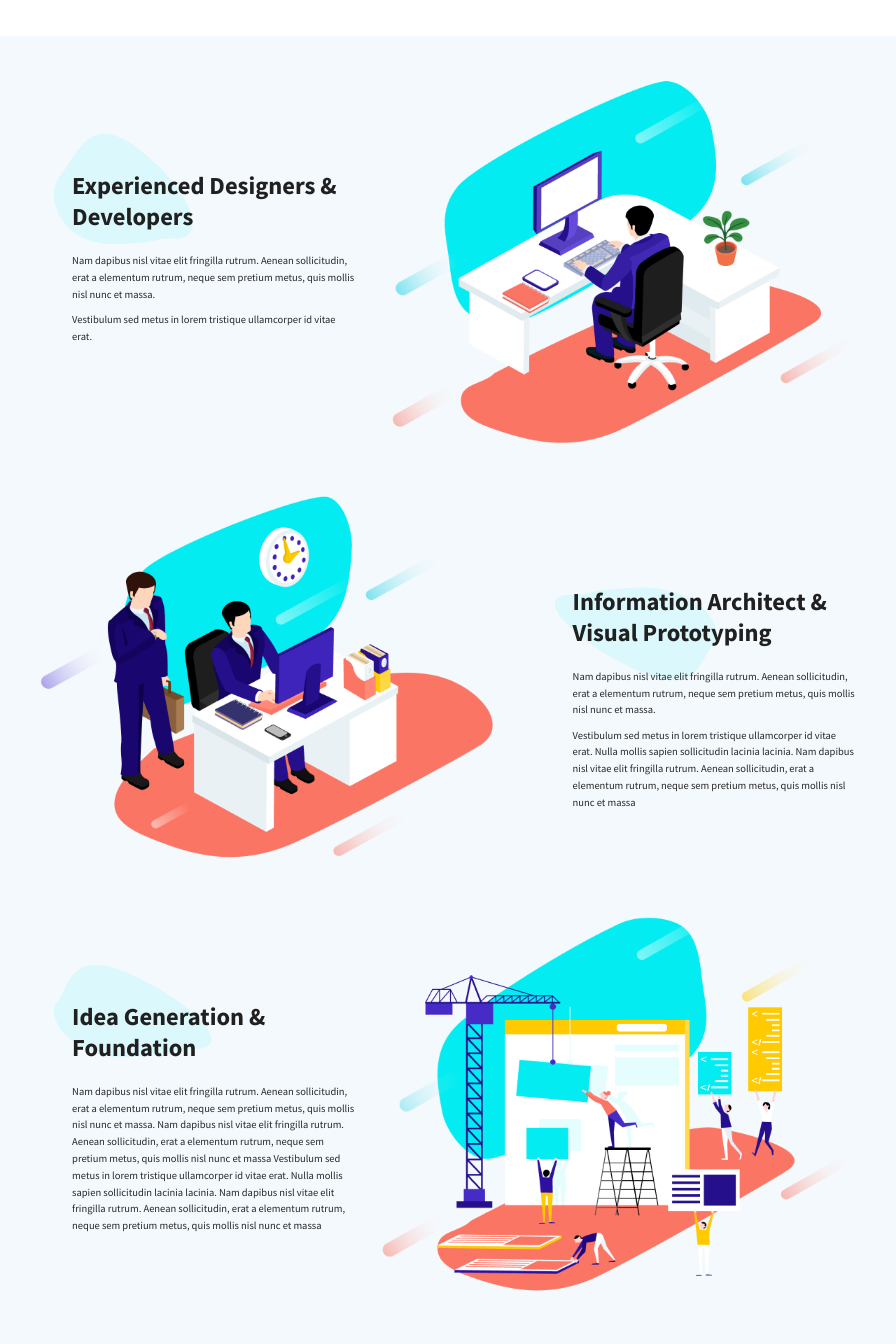
Repository: advert31337/marafon_from0to1_MartaUP
Page: index.html
The author's editor kept a copy of each file at every save. The page is drawn from the files as they stood at one save, then again after the next save.
The browser window is 1280 px wide. The pictures show the part of the page from y = 1320 to 3240 px (the page is 3240 px tall), at 70% of full size.

Above is the page before, as saved 2020-03-08 10:44:31.

### index.html
<!DOCTYPE html>
<html lang="en">

<head>
    <meta charset="UTF-8">
    <meta name="viewport" content="width=device-width, initial-scale=1.0">
    <title>Marafon MartaUP</title>
    <link href="https://fonts.googleapis.com/css?family=Source+Sans+Pro:400,600,700&display=swap" rel="stylesheet">
    <link rel="stylesheet" href="css/reset.css">
    <link rel="stylesheet" href="css/slick.css">
    <link rel="stylesheet" href="css/style.css">
</head>

<body>
    <header class="header">

        <div class="container">
            <div class="header__top">

                <div class="logo">
                    <a href="#!">+
                        <img src="images/logo.svg" alt="">
                    </a>
                </div>

                <nav class="menu">
                    <ul class="menu__list">
                        <li><a class="menu__list-item" href="#">home</a></li>
                        <li><a class="menu__list-item" href="#">work</a></li>
                        <li><a class="menu__list-item" href="#">about</a></li>
                        <li><a class="menu__list-item" href="#">contact</a></li>
                    </ul>
                </nav>

                <div class="header-btn">
                    <a class="login" href="#">login</a>
                    <a class="sign-up" href="#">sign up</a>
                </div>

            </div>

            <div class="header-slider">
                <div class="header-slider__item">
                    <div class="header-slider__item-content">

                        <div class="header-slider__item-info">
                            <h3 class="header-slider__title">
                                We Build Apps & Websites
                                for Your Business
                            </h3>
                            <div class="header-slider__description">
                                For startups, For businesses & For you
                            </div>
                            <a href="" class="header-slider__btn">Request a quote</a>
                        </div>

                        <div class="header-slider__item-images">
                            <img src="images/slider-img.png" alt="">
                        </div>
                    </div>
                </div>


                <div class="header-slider__item">
                    <div class="header-slider__item-content">

                        <div class="header-slider__item-info">
                            <h3 class="header-slider__title">
                                We Build Apps & Websites
                                for Your Business
                            </h3>
                            <div class="header-slider__description">
                                For startups, For businesses & For you
                            </div>
                            <a href="" class="header-slider__btn">Request a quote</a>
                        </div>

                        <div class="header-slider__item-images">
                            <img src="images/slider-img.png" alt="">
                        </div>
                    </div>
                </div>


                <div class="header-slider__item">
                    <div class="header-slider__item-content">

                        <div class="header-slider__item-info">
                            <h3 class="header-slider__title">
                                We Build Apps & Websites
                                for Your Business
                            </h3>
                            <div class="header-slider__description">
                                For startups, For businesses & For you
                            </div>
                            <a href="" class="header-slider__btn">Request a quote</a>
                        </div>

                        <div class="header-slider__item-images">
                            <img src="images/slider-img.png" alt="">
                        </div>
                    </div>
                </div>


                <div class="header-slider__item">
                    <div class="header-slider__item-content">

                        <div class="header-slider__item-info">
                            <h3 class="header-slider__title">
                                We Build Apps & Websites
                                for Your Business
                            </h3>
                            <div class="header-slider__description">
                                For startups, For businesses & For you
                            </div>
                            <a href="" class="header-slider__btn">Request a quote</a>
                        </div>

                        <div class="header-slider__item-images">
                            <img src="images/slider-img.png" alt="">
                        </div>
                    </div>
                </div>


                <div class="header-slider__item">
                    <div class="header-slider__item-content">

                        <div class="header-slider__item-info">
                            <h3 class="header-slider__title">
                                We Build Apps & Websites
                                for Your Business
                            </h3>
                            <div class="header-slider__description">
                                For startups, For businesses & For you
                            </div>
                            <a href="" class="header-slider__btn">Request a quote</a>
                        </div>

                        <div class="header-slider__item-images">
                            <img src="images/slider-img.png" alt="">
                        </div>
                    </div>
                </div>
            </div>

        </div>

    </header>

    <section class="specialised">
        <div class="container">
            <div class="specialised__title title">
                We are specialised in
            </div>
            <div class="specialised__items">
                <div class="specialised__item">
                    <div class="specialised__item-img">
                        <img src="images/specialise-1.svg" alt="">
                    </div>

                    <div class="specialise__item-title">
                        UI/UX Design
                    </div>
                    <div class="specialise__item-text">
                        In hac habitasse platea dictumstmus adipiscing fermentum quam volutpat aliquam. Integer cilisis tristique.
                    </div>
                </div>
                <div class="specialised__item">
                    <div class="specialised__item-img">
                        <img src="images/specialise-2.svg" alt="">
                    </div>
                    <div class="specialise__item-title">
                        Web Development
                    </div>
                    <div class="specialise__item-text">
                        In hac habitasse platea dictumstmus adipiscing fermentum quam volutpat aliquam. Integer cilisis tristique.
                    </div>
                </div>
                <div class="specialised__item">
                    <div class="specialised__item-img">
                        <img src="images/specialise-3.svg" alt="">
                    </div>
                    <div class="specialise__item-title">
                        App Development
                    </div>
                    <div class="specialise__item-text">
                        In hac habitasse platea dictumstmus adipiscing fermentum quam volutpat aliquam. Integer cilisis tristique.
                    </div>
                </div>
            </div>
        </div>
    </section>

    <section class="advantages">
        <div class="container">

            <div class="advantages-box">
                <div class="advantages-box__info">
                    <div class="advantages-box__title">
                        Experienced Designers & Developers
                    </div>
                    <div class="advantages-box__text">
                        <p>
                            Nam dapibus nisl vitae elit fringilla rutrum. Aenean sollicitudin, erat a elementum rutrum, neque sem pretium metus, quis mollis nisl nunc et massa.
                        </p>
                        <p>
                            Vestibulum sed metus in lorem tristique ullamcorper id vitae erat.
                        </p>
                    </div>
                </div>

                <div class="advantages-box__img">
                    <img src="images/advantages-1.png" alt="">
                </div>
            </div>

            <div class="advantages-box advantages-box--right">
                <div class="advantages-box__info">
                    <div class="advantages-box__title">
                        Information Architect &
                        Visual Prototyping
                    </div>
                    <div class="advantages-box__text">
                        <p>
                            Nam dapibus nisl vitae elit fringilla rutrum. Aenean sollicitudin, erat a elementum rutrum, neque sem pretium metus, quis mollis nisl nunc et massa.
                        </p>
                        <p>
                            Vestibulum sed metus in lorem tristique ullamcorper id vitae erat. Nulla mollis sapien sollicitudin lacinia lacinia. Nam dapibus nisl vitae elit fringilla rutrum. Aenean sollicitudin, erat a elementum rutrum, neque sem pretium metus, quis mollis nisl nunc et massa
                        </p>
                    </div>
                </div>
                <div class="advantages-box__img">
                    <img src="images/advantages-2.png" alt="">
                </div>
            </div>

            <div class="advantages-box">
                <div class="advantages-box__info advantages-box__info--bg">
                    <div class="advantages-box__title">
                        Idea Generation & Foundation
                    </div>
                    <div class="advantages-box__text">
                        <p>
                            Nam dapibus nisl vitae elit fringilla rutrum. Aenean sollicitudin, erat a elementum rutrum, neque sem pretium metus, quis mollis nisl nunc et massa. Nam dapibus nisl vitae elit fringilla rutrum. Aenean sollicitudin, erat a elementum rutrum, neque sem pretium metus, quis mollis nisl nunc et massa    Vestibulum sed metus in lorem tristique ullamcorper id vitae erat. Nulla mollis sapien sollicitudin lacinia lacinia. Nam dapibus nisl vitae elit fringilla rutrum. Aenean sollicitudin, erat a elementum rutrum, neque sem pretium metus, quis mollis nisl nunc et massa
                        </p>
                    </div>
                </div>

                <div class="advantages-box__img">
                    <img src="images/advantages-3.png" alt="">
                </div>
            </div>

         </div>
    </section>

    <footer>

    </footer>


    <script src="https://ajax.googleapis.com/ajax/libs/jquery/3.4.1/jquery.min.js"></script>
    <script src="js/slick.min.js"></script>
    <script src="js/main.js"></script>
</body>

</html>

### css/style.css
*{
    box-sizing: border-box;
}

body {
    font-family: 'Source Sans Pro', sans-serif;
    font-size: 15px;
    line-height: 24px;
}

a {
    text-decoration: none;
    color: inherit;
}
.header {
    background-image: url('../images/header-bg.jpg');
    min-height: 793px;
    background-repeat: no-repeat;
    background-size: cover;
    background-position: top center;
}

.container {
    max-width: 1200px;
    margin: 0 auto;
    padding: 0 15px 0 15px;

}

.header__top {
    display: flex;
    justify-content: space-between;
    height: 100px;
    align-items: center;
}

.menu__list {
    display: flex;
}

.menu__list li + li {
    padding-left: 50px;

}

.login {
    margin-right: 44px;
    color: #fff;
    text-transform: uppercase;
    font-weight: 600;
}

.menu__list a{
    opacity: 0.5;
    color: #fff;
    font-weight: 600;
    text-transform: uppercase;
    transition: all 0.5s;
}

.menu__list a:hover {
    opacity: 1;
}

.sign-up {
    text-transform: uppercase;
    color: #250f8a;
    font-weight: 600;
    background-color: #fff;
    padding: 8px 43px;
    border-radius: 20px;

}

.header-slider {
    padding-top: 111px;
}
.header-slider__item {

}
.header-slider__item-content {
    display: flex;
    justify-content: space-between;
}
.header-slider__item-info {
    max-width: 506px;
    color:#fff;
}
.header-slider__title {
    font-weight: 700;
    font-size: 45px;
    line-height: 60px;
    margin-bottom: 10px;
}
.header-slider__description {
    line-height: 55px;
    font-size: 24px;
    margin-bottom: 60px;
}
.header-slider__btn {
    font-weight: 600;
    text-transform: uppercase;
    color: #250F8A;
    padding: 13px 39px;
    background-color: #FFCA00;
    border-radius: 25px;
}
.header-slider__item-images {
    margin: 10px 82px 0 0;
}

.header-dots{
    list-style: none;
    position: absolute;
    right: 0;
    top: 50%;
}

.header-dots button {
    border: none;
    background-color: #fff;
    opacity: 0.5;
    font-size: 0;
    padding: 0;
    width: 7px;
    height: 7px;
    border-radius: 3.5px;
    cursor: pointer;
    outline: none;
    margin: 10px auto;
    display: block;
}

.header-dots .slick-active button{
    width: 15px;
    opacity: 1;
}

.specialised{
    padding: 55px 0 93px;
    background-image: url(../images/special-bg.svg);
    background-position: left bottom;
    background-repeat: no-repeat;
    color: #202020;
    text-align: center;
}

.specialised__title {
    margin-bottom: 96px;
}
.title {
    font-size: 35px;
    line-height: 45px;
    font-weight: 700;
    text-align: center;
}

.specialised__items {
    display: flex;
    justify-content: space-between;
    max-width: 980px;
    margin: 0 auto;

}
.specialised__item {
    width: 280px;
}
.specialised__item-img {
    margin-bottom: 23px;
    min-height: 159px;
}
.specialise__item-title {
    margin-bottom: 11px;
    font-size: 20px;
    font-weight: 700;
}
.specialise__item-text {
   padding: 0 10px;
   color: #272727;
   opacity: 0.7;
}


.advantages {
    padding-top: 64px;
    background: #f4f9fd;
}

.advantages-box {
    display: flex;
    justify-content: space-between;
    padding-bottom: 76px;
}

 .advantages-box--right .advantages-box__info{
    order: 1;
    background-image: url(../images/title-bg-2.svg);
    background-position: 22px 130px;
}
.advantages-box__info {
    max-width: 455px;
    padding-top: 60px;
    background-image: url(../images/title-bg-1.svg);
    background-repeat: no-repeat;
    background-position: 22px 76px;
}

.advantages-box__info--bg{
    background-image: url(../images/title-bg-3.svg);
    background-position: 22px 76px;
}


.advantages-box__title {
    color: #202020;
    font-size: 35px;
    line-height: 45px;
    font-weight: 700;
    padding: 68px 0 15px 48px;

}
.advantages-box__text {
    padding-left: 48px;
    color: #272727;
}

.advantages-box__text p{
    margin: 12px 0;
}
.advantages-box__img {
}

### js/main.js
$(function(){
    $('.header-slider').slick({
        arrows: false,
        vertical: true,
        dots: true,
        dotsClass: 'header-dots',
        autoplay: 2000,

    })
})

Loaded but not shown: css/reset.css (common file); css/slick.css (common file); js/slick.min.js (library)

After the next save:
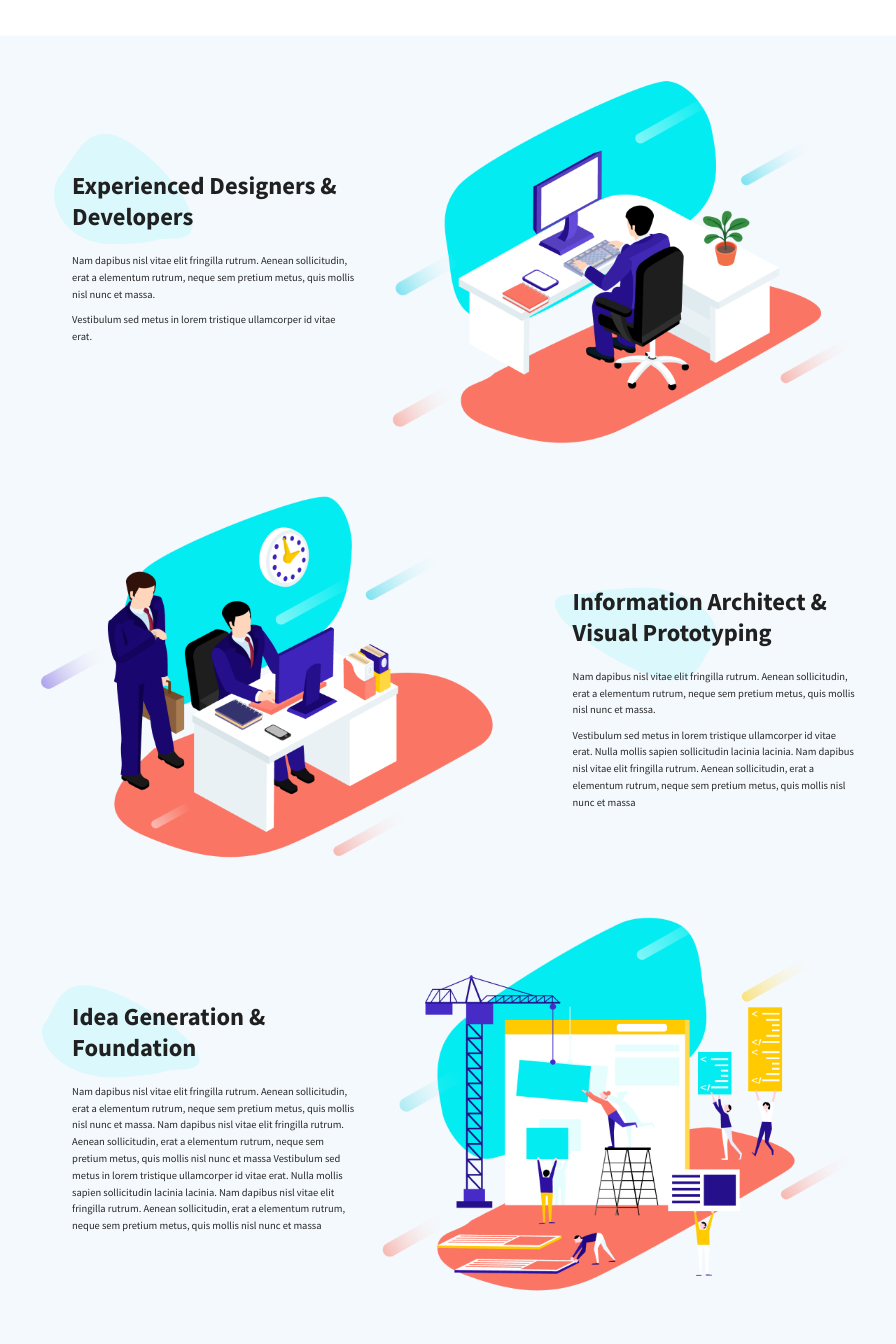
Saved 25 s later.
--- a/css/style.css
+++ b/css/style.css
@@ -207,7 +207,7 @@ a {
 
 .advantages-box__info--bg{
     background-image: url(../images/title-bg-3.svg);
-    background-position: 22px 76px;
+    background-position: 5px 105px;
 }
 
 
